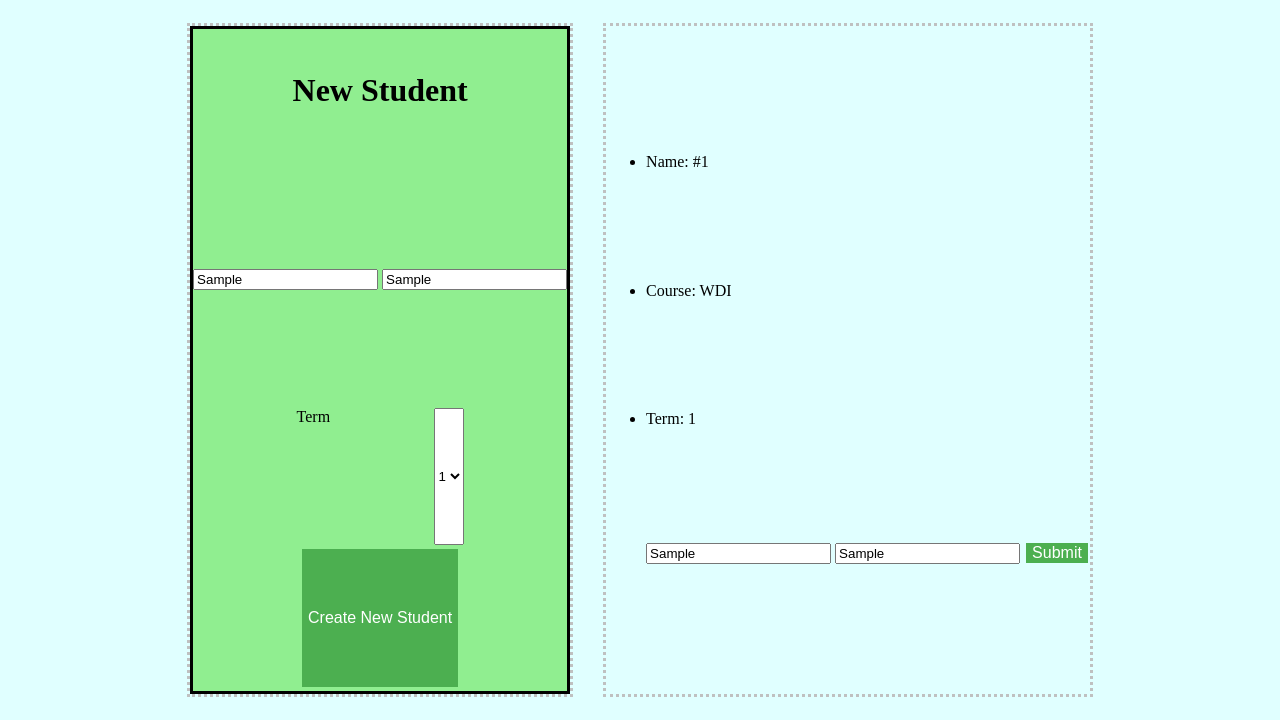
Repository: EdmontDantes/graderaide-fullstack-solution
Page: index.html
These files come from the project's save history. The page is drawn as it stood at one moment and after a run of saves; the edit follows.
The browser window is 1280 px wide. The pictures show the whole page.
Empty fields were first filled with sample values (such as "Sample", 5 or name@example.com).
After loading, the first visible `button.new-student-button` was clicked once.

Above is the page before, as saved 2020-04-23 11:32:50.
Console error: ReferenceError: btnSubmitNewGradePlusAssigmentToCurrentStudentInternal is not defined

After the next 2 saves:
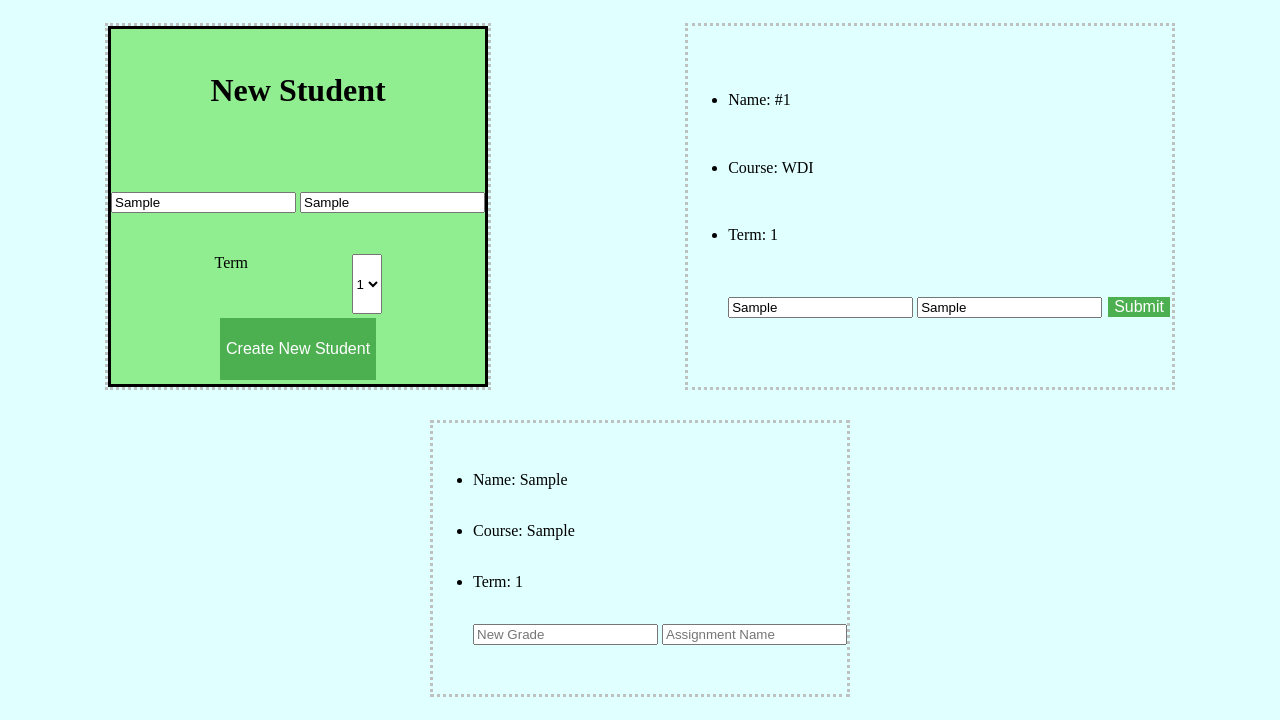
The 2 saves are shown as one change because they came seconds apart.
The last was saved 6 s later.
--- a/main.js
+++ b/main.js
@@ -104,7 +104,7 @@ const newStudentTile = function() {
     <input type="text" name="new-grade" class="new-grade" id="${numId.length}" placeholder="New Grade">
     <input type="text" name="new-grade-assignment" class="new-grade-assignment" id="${numId.length}" placeholder="Assignment Name">`
 
-    add
+    addGradesSection.append()
 
     nameItem.innerText = `Name: ${newStudent.name}`;
     courseItem.innerText = `Course: ${newStudent.course}`;
